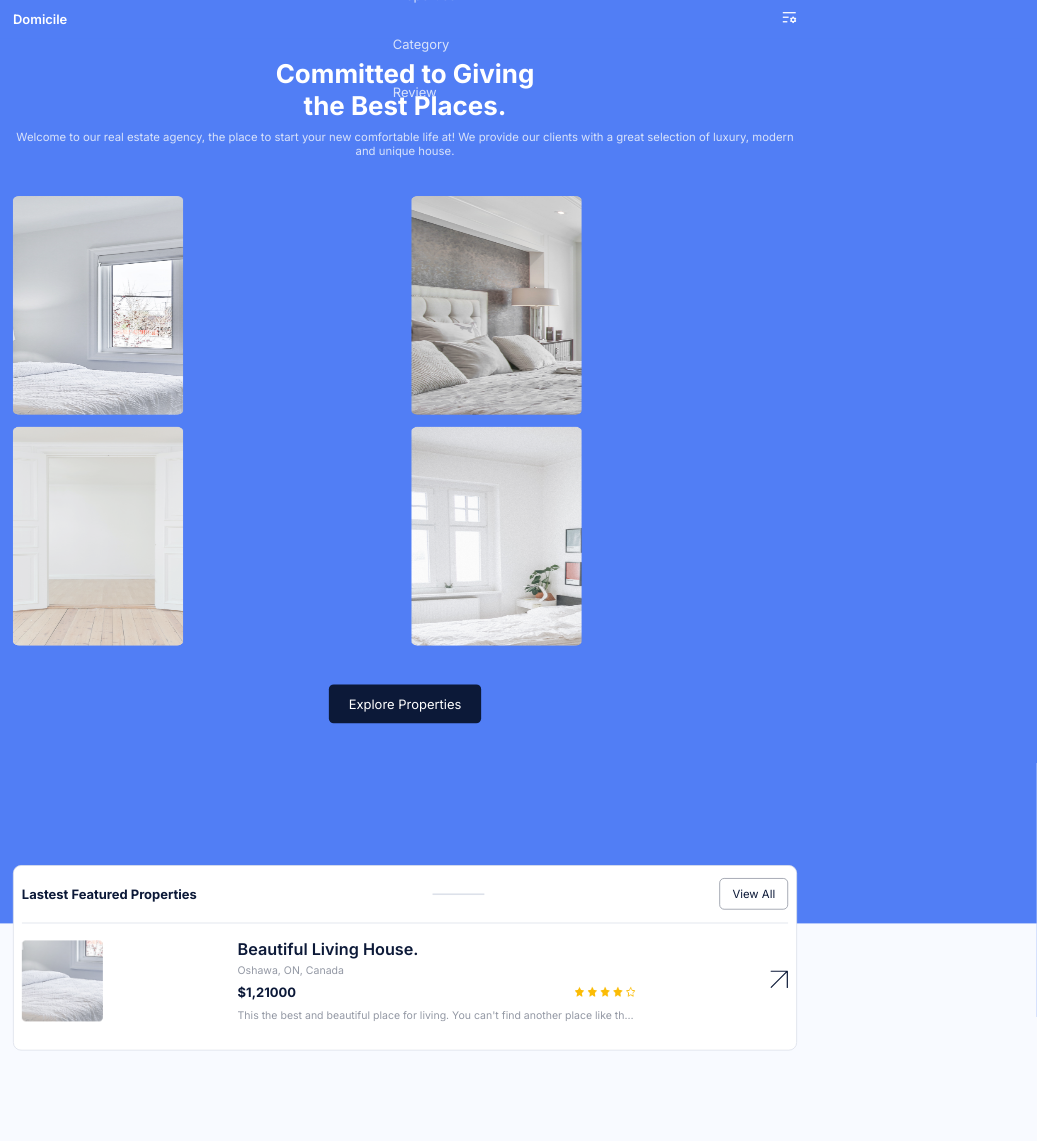
Repository: haokiet2501/domicile-real-estate
Page: index.html
These files come from the project's save history. The page is drawn as it stood at one moment and after a run of saves; the edit follows.
The browser window is 1280 px wide. The pictures show the whole page, at 81% of full size.
The style sheet was rebuilt from its Sass, Less or Tailwind sources for each picture, by a compiler version that may differ from the author's.

Above is the page before, as saved 2022-06-11 16:36:51.

### index.html
<!DOCTYPE html>
<html lang="en">
<head>
    <meta charset="UTF-8">
    <meta http-equiv="X-UA-Compatible" content="IE=edge">
    <meta name="viewport" content="width=device-width, initial-scale=1.0">
    <link href="https://cdn.jsdelivr.net/npm/remixicon@2.5.0/fonts/remixicon.css" rel="stylesheet">
    <link rel="stylesheet" href="sass/css/styles.css">
    <title>Real Estate Website - Domicile</title>
</head>
<body>
    <header class="header" id="header">
        <nav class="nav container">
            <a href="#" class="nav__logo">Domicile</a>

            <div class="nav__menu" id="nav-menu">
                <ul class="nav__list">
                    <li class="nav__item">
                        <a href="#" class="nav__link active-link">Home</a>
                    </li>
                    <li class="nav__item">
                        <a href="#" class="nav__link">Properties</a>
                    </li>
                    <li class="nav__item">
                        <a href="#" class="nav__link">Category</a>
                    </li>
                    <li class="nav__item">
                        <a href="#" class="nav__link">Review</a>
                    </li>
                </ul>

                <i class="ri-close-line nav__close" id="nav-close"></i>
            </div>

            <div class="nav__toggle" id="nav-toggle">
                <i class="ri-list-settings-line"></i>
            </div>
        </nav>
    </header>

    <main class="main">
        <section class="home section" id="home">
            <div class="home__container container grid">
                <div class="home__data">
                    <h1 class="home__data-subtitle">
                        Committed to Giving<br>the Best Places.
                    </h1>
                    <p class="home__data-title">
                        Welcome to our real estate agency, the place to start your new comfortable life at! We provide our clients with a great selection of luxury, modern and unique house.
                    </p>
                </div>

                <div class="home__images">
                    <img src="imgs/hero-one.png" alt="">
                    <img src="imgs/hero-two.png" alt="">
                    <img src="imgs/hero-three.png" alt="">
                    <img src="imgs/hero-four.png" alt="">
                </div>

                <div class="home__button">
                    <a href="#" class="button">Explore Properties</a>
                </div>
            </div>
        </section>

        <section class="futured" id="futured">
            <div class="futured__container container">
                <div class="futured__properties">
                    <div class="futured__properties-content">
                        Lastest Featured Properties
                    </div>
                    <div class="futured__properties-line"></div>
                    <div class="futured__properties-button">View All</div>
                </div>

                <div class="futured__card">
                    <img class="futured__card-img" src="imgs/future.png" alt="">
                    <div class="futured__card-layouts">
                        <div class="futured__card-text">
                            <h3>Beautiful Living House.</h3>
                            <p>Oshawa, ON, Canada</p>
                        </div>
                        <div class="futured__card-price">
                            <p>$1,21000</p>
                            <img class="futured__card-price-vector" src="imgs/rating.png" alt="">
                        </div>

                        <div class="futured__card-subtext">
                            <p>
                                This the best and beautiful place for living. You can't find another place like this.<br/> The place to start your new good comfortable life at! We provide...
                            </p>
                        </div>
                    </div>
                    <div class="futured__card-btnfutured">
                        <svg width="22" height="22" viewBox="0 0 22 22" fill="none" xmlns="http://www.w3.org/2000/svg">
                            <path d="M1 21L21 1M21 1H1M21 1V21" stroke="#0C1938" stroke-width="1.5" stroke-linecap="round" stroke-linejoin="round"/>
                        </svg>
                    </div>
                </div>
            </div>
        </section>
    </main>
    <script src="app.js"></script>
</body>
</html>

### app.js
// Show Menu
const navMenu = document.getElementById('nav-menu'),
    navToggle = document.getElementById('nav-toggle'),
    navClose = document.getElementById('nav-close');

if (navToggle) {
    navToggle.addEventListener('click', () => {
        navMenu.classList.add('show-menu');
    });
}

if(navClose) {
    navClose.addEventListener('click', () => {
        navMenu.classList.remove('show-menu');
    })
}

### sass/styles.scss
@import './base/base';
@import './main/main';

### sass/base/_base.scss
@import url('https://fonts.googleapis.com/css2?family=Inter:wght@400;500;600;700;800;900&display=swap');

* {
    margin: 0;
    padding: 0;
    box-sizing: border-box;
}

html {
    scroll-behavior: smooth;
}

body {
    font-family: 'Inter', sans-serif;
    font-style: normal;
    background: var(--color-main);
}

ul {
    list-style: none;
}

a {
    text-decoration: none;
}

img {
    max-width: 100%;
    height: auto;
}

button, input {
    border: none;
    outline: none;
}

:root {
    --header-height: 3rem;

    --color-main: #F8FAFF;
    --color-bg-header: #517EF5;
    --white-color: #FFFFFF;
    --color-nav: #D8E2FA;
    --color-footer: #0E1935;
    --color-btn: #0C1938;
    --color-title: #9398A4;

    --biggest-font-size: 2.5rem;
    --medium-font-size: 2rem;
    --h1-font-size: 1.5rem;
    --h2-font-size: 1.25rem;
    --h3-font-size: 1rem;
    --normal-font-size: 0.938rem;
    --small-font-size: 0.813rem;
    --smaller-font-size: 0.75rem;

    --font-smaller: 400;
    --font-medium: 500;
    --font-semi-bold: 600;
    --font-semi-big: 700;

     /* Margin Bottom */
    --mb-0-25: 0.25rem;
    --mb-0-5: 0.5rem;
    --mb-0-75: 0.75rem;
    --mb-1: 1rem;
    --mb-1-25: 1.25rem;
    --mb-1-5: 1.5rem;
    --mb-2: 2rem;
    --mb-2-5: 2.5rem;

    --scale-hover: scale(.98);
}

@media screen and (min-width: 968px) {
    :root {
        --biggest-font-size: 4rem;
        --h1-font-size: 2.25rem;
        --h2-font-size: 1.75rem;
        --h3-font-size: 1.25rem;
        --normal-font-size: 1rem;
        --small-font-size: 0.875rem;
        --smaller-font-size: 0.813rem;
    }
}

### sass/main/_main.scss
.header {
    width: 100%;
    position: fixed;
    top: 0;
    left: 0;
    z-index: 100;
    background-color: var(--color-bg-header);
}

.main {
    overflow-x: hidden;
}

.container {
    max-width: 968px;
    margin-left: var(--mb-1);
    margin-right: var(--mb-1);
}

.grid {
    display: grid;
    gap: 1.5rem;
}

.section {
    padding: 4.5rem 0 2.5rem;
}

// NAV
.nav {
    display: flex;
    justify-content: space-between;
    align-items: center;
    height: var(--header-height);

    &__logo,
    &__toggle{
        color: var(--white-color);
    }

    &__logo {
        font-weight: var(--font-semi-bold);
    }

    &__toggle{
        font-size: 1.2rem;
        cursor: pointer;
    }

    &__menu {
        position: relative;

        @media screen and (max-width: 767px){
            position: fixed;
            background-color: var(--color-footer);
            top: 0;
            right: -100%;
            width: 70%;
            height: 100%;
            box-shadow: -1px 0 4px rgba(0, 0, 0, .15);
            padding: 3rem;
            transition: .4s;
        }
    }

    &__list {
        display: flex;
        flex-direction: column;
        row-gap: 2.5rem;
    }

    &__link {
        font-weight: var(--font-smaller);
        color: var(--color-nav);

        &:hover {
            color: var(--white-color);
            transform: var(--scale-hover);
        }
    }

    &__close {
        position: absolute;
        top: .75rem;
        right: 1rem;
        font-size: 1.5rem;
        color: var(--white-color);
        cursor: pointer;
    }
}

// Show menu
.show-menu {
    right: 0;
}

.home {
    background-color: var(--color-bg-header);
    height: calc(165vh - var(--header-height));
    &__container {
        row-gap: 3rem;
    }

    &__data {
        text-align: center;

        &-subtitle {
            color: var(--white-color);
            font-size: var(--medium-font-size);
            font-weight: var(--font-semi-big);
            margin-bottom: 10px;
        }
        &-title {
            color: var(--color-nav);
            font-weight: var(--font-smaller);
            font-size: var(--small-font-size);
        }
    }

    &__images {
        display: grid;
        gap: 15px;
        grid-template-columns: repeat(2, 1fr);

        img {
            width: 210px;
            height: 270px;
            transition: .3s ease-out;

            &:hover {
                transform: var(--scale-hover);
                transition: .3s ease-out;
            }
        }
    }

    &__button {
        display: flex;
        justify-content: center;
        align-items: center;

        .button {
            padding: 14px 24px;
            background-color: var(--color-btn);
            color: var(--white-color);
            border-radius: 6px;
            font-size: var(--normal-font-size);
            transition: .3s ease-out;

            &:hover {
                transform: var(--scale-hover);
                transition: .3s ease-out;
            }
        }
    }
}

.futured {
    position: relative;
    transform: translateY(-4.5rem);
    padding-bottom: 2.5rem;

    &__container {
        background-color: var(--white-color);
        border: 1px solid #DDE1EA;
        border-radius: 10px;
        padding: 15px 10px;
    }

    &__properties {
        display: flex;
        justify-content: space-between;
        align-items: center;
        border-bottom: 1px solid #DDE1EA;
        padding-bottom: 1rem;

        &-content {
            font-weight: var(--font-semi-big);
            color: var(--color-btn);

        }

        &-line {
            width: calc(var(--header-height) + 1rem);
            height: 1px;
            border: 1px solid #DDE1EA;
        }

        &-button {
            border: 1px solid #9398A4;
            padding: 10px 15px;
            border-radius: 6px;
            color: var(--color-btn);
            font-weight: var(--font-smaller);
            font-size: var(--small-font-size);
            transition: .3s ease-out;

            &:hover {
                transform: var(--scale-hover);
                transition: .3s ease-out;
            }
        }
    }

    &__card {
        display: flex;
        justify-content: space-between;
        align-items: center;
        margin: 10px 0;

        &-img {
            width: 100px;
            height: 100px;
        }

        &-layouts {
            padding: 10px;
        }

        &-text {
            h3 {
                font-weight: var(--font-semi-bold);
                color: var(--color-btn);
                font-size: var(--h3-font-size);
                margin-bottom: 5px;
            }

            p {
                font-weight: var(--font-smaller);
                color: var(--color-title);
                font-size: var(--smaller-font-size);
                margin-bottom: 10px;
            }
        }

        &-price {
            display: flex;
            justify-content: space-between;
            align-items: center;
            margin-bottom: 10px;

            p {
                font-weight: var(--font-semi-big);
                font-size: var(--normal-font-size);
                color: var(--color-btn);
            }

            &-vector {
                width: 76px;
                height: 14px;
            }
        }

        &-subtext {
            p {
                color: var(--color-title);
                font-size: var(--smaller-font-size);
                font-weight: var(--font-smaller);
                display: -webkit-box;
                -webkit-line-clamp: 1;
                -webkit-box-orient: vertical;
                overflow: hidden;
                text-overflow: ellipsis;
            }
        }
    }
}

After the next 2 saves:
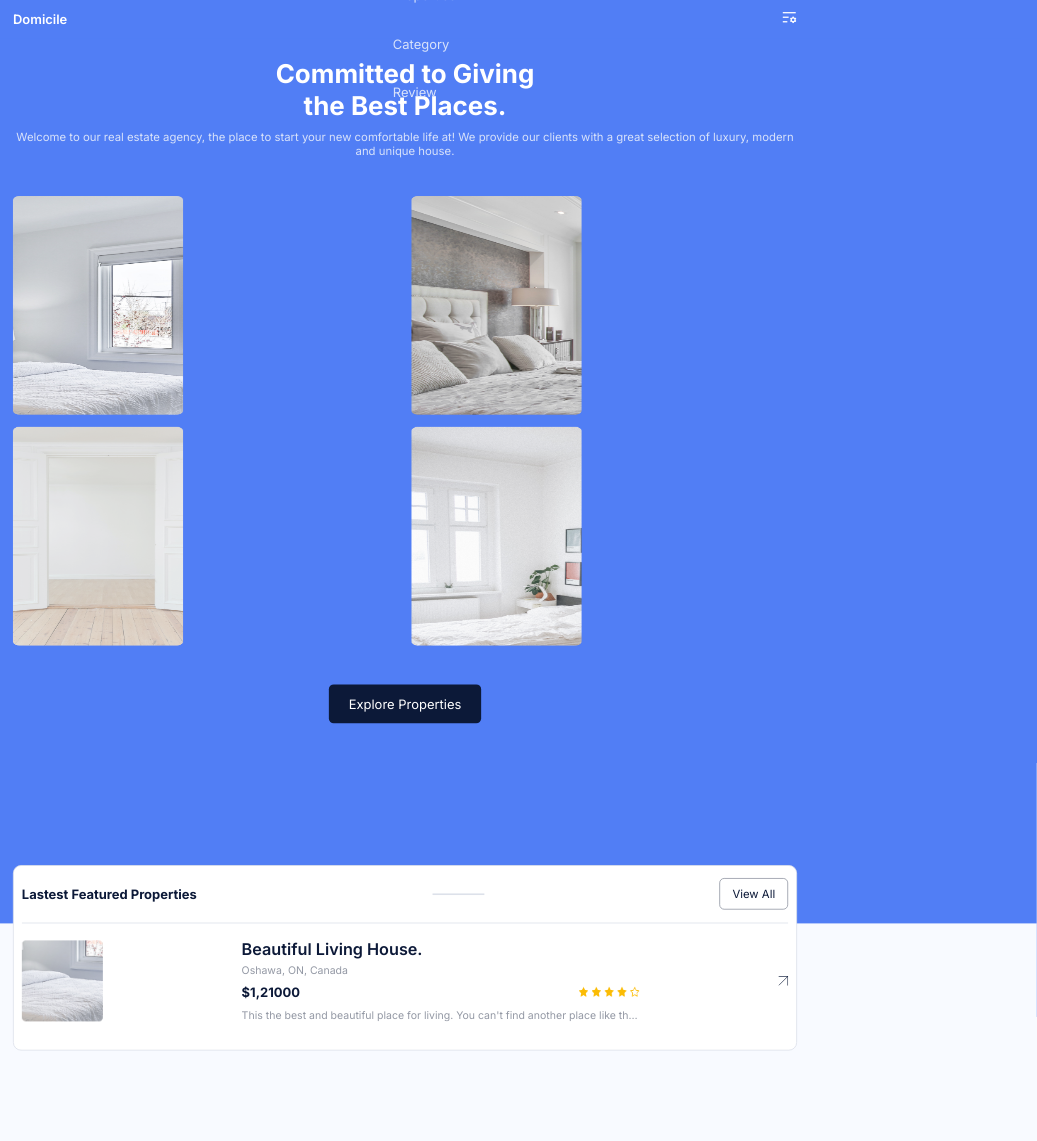
The 2 saves are shown as one change because they came seconds apart.
The last was saved 105 s later.
--- a/index.html
+++ b/index.html
@@ -92,7 +92,7 @@
                         </div>
                     </div>
                     <div class="futured__card-btnfutured">
-                        <svg width="22" height="22" viewBox="0 0 22 22" fill="none" xmlns="http://www.w3.org/2000/svg">
+                        <svg width="12" height="12" viewBox="0 0 22 22" fill="none" xmlns="http://www.w3.org/2000/svg">
                             <path d="M1 21L21 1M21 1H1M21 1V21" stroke="#0C1938" stroke-width="1.5" stroke-linecap="round" stroke-linejoin="round"/>
                         </svg>
                     </div>
